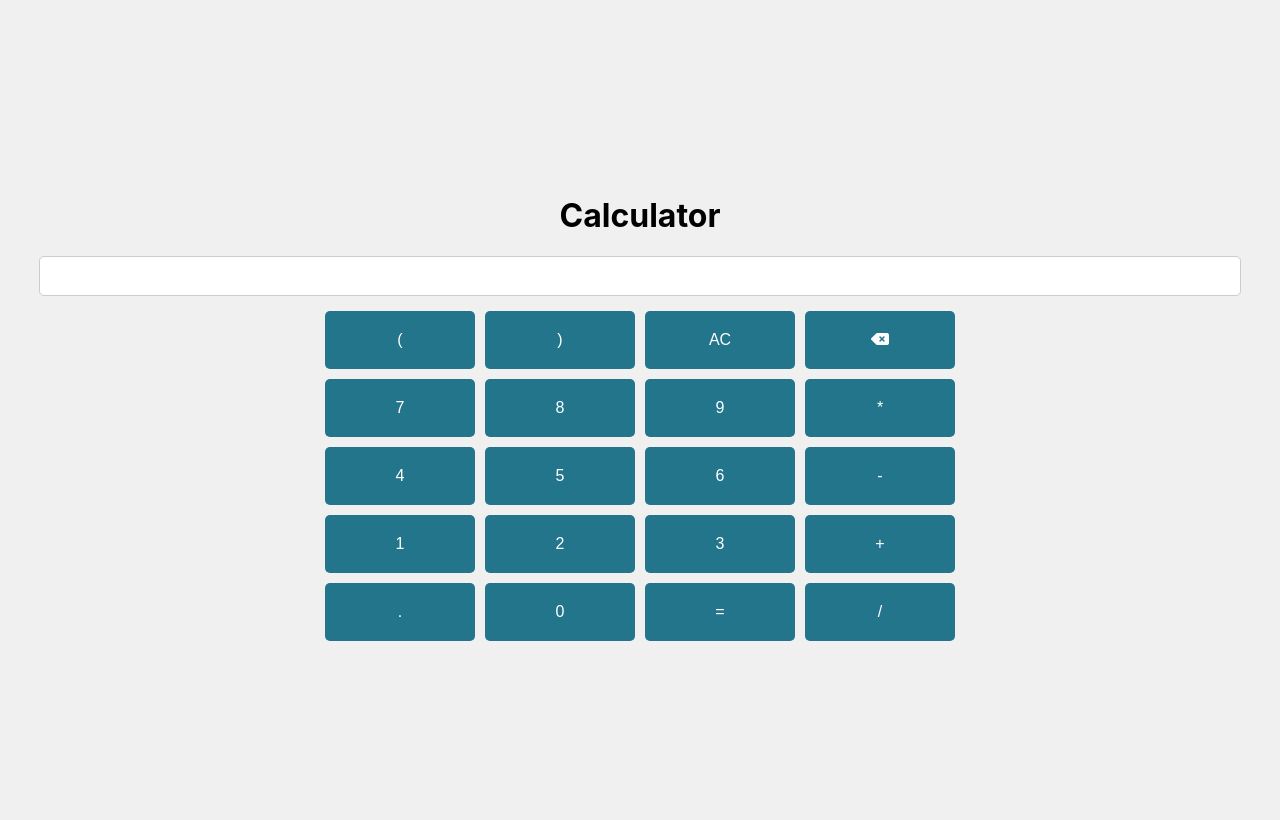
Repository: thesaherriaz/Calculator-React
Page: /
The author's editor kept a copy of each file at every save. The page is drawn from the files as they stood at one save, then again after the next save.
The browser window is 1280 px wide. The pictures show the whole page.
The project was rebuilt for these pictures with package versions that can differ from the ones it lists, and the page was loaded fresh each time.

Above is the page before, as saved 2025-06-18 15:11:47.

After the next save:
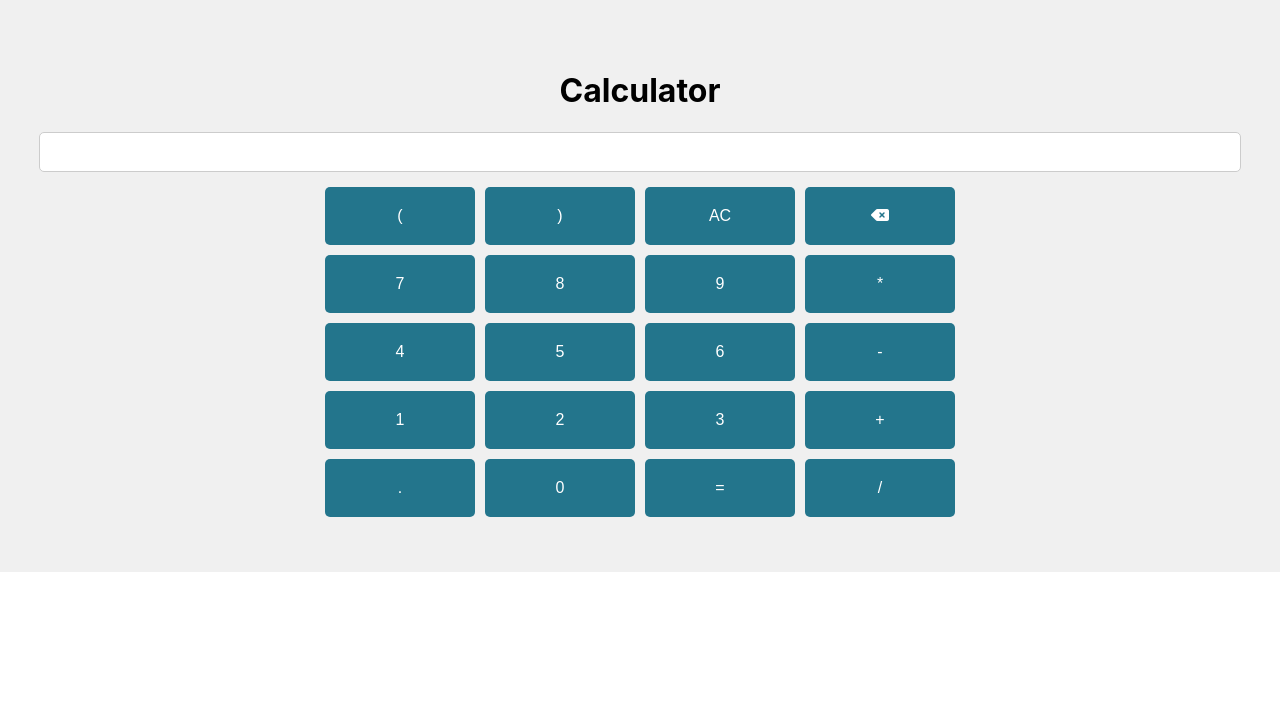
Saved 10 s later.
--- a/src/compnents/Calculator.css
+++ b/src/compnents/Calculator.css
@@ -3,7 +3,7 @@
   flex-direction: column;
   align-items: center;
   justify-content: center;
-  height: 100vh;
+  /* height: 100vh; */
   background-color: #f0f0f0;
   padding: 50px;
 }
